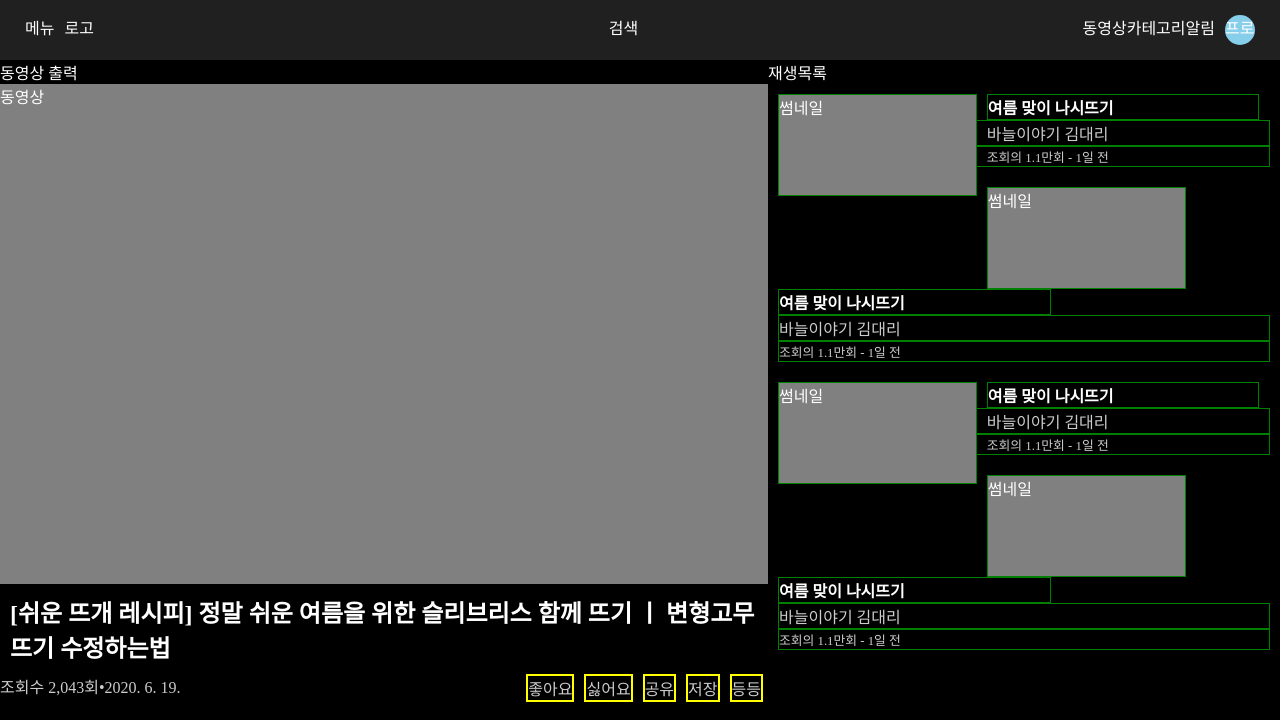
Repository: roseline0912/LikeLion
Page: YouTube_Clone/youtube.html
The author's editor kept a record of every edit. The page is drawn from the files as they stood at one moment, then again after the next edit.
The browser window is 1280 px wide. The pictures show the whole page.
An inner scrolling area shows only its first screen.

Above is the page before.

After the next edit:
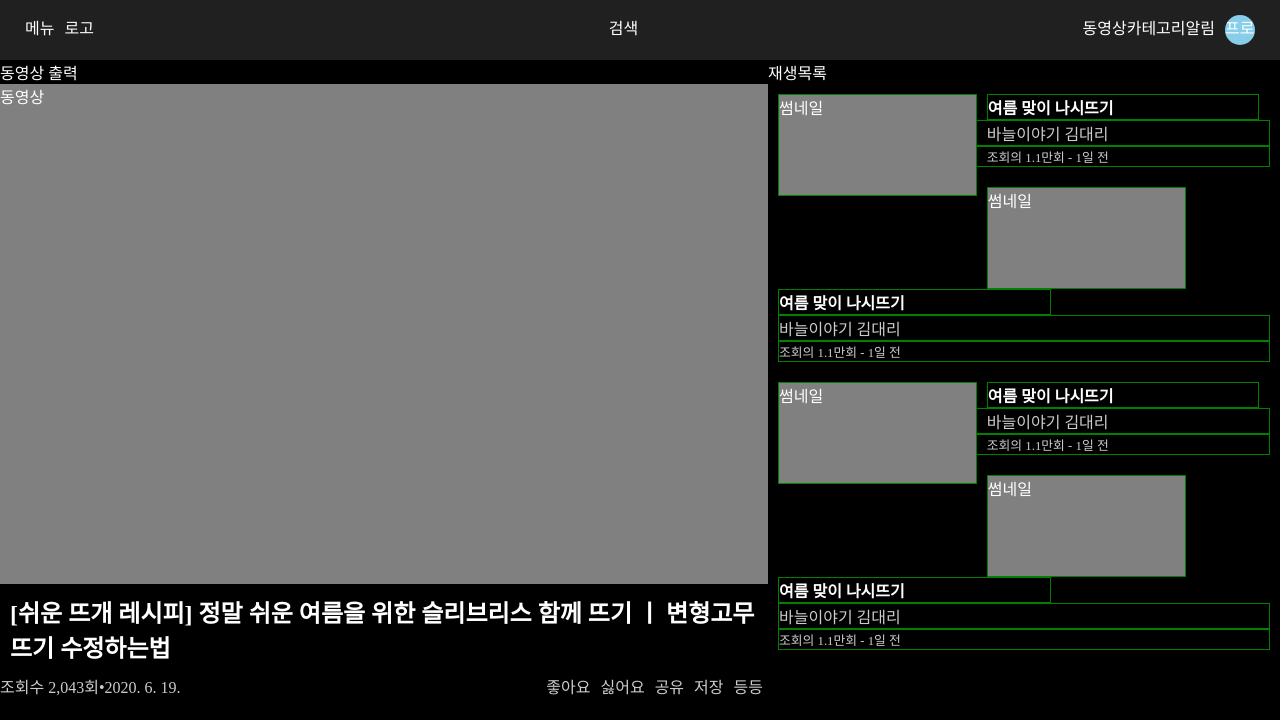
The edit:
--- a/YouTube_Clone/youtube.css
+++ b/YouTube_Clone/youtube.css
@@ -98,7 +98,7 @@
 
 .video-info_btn_container div{
     margin:0 5px;
-    border:2px solid yellow;
+    /*border:2px solid yellow;*/
 }
 
 .list-item div {
